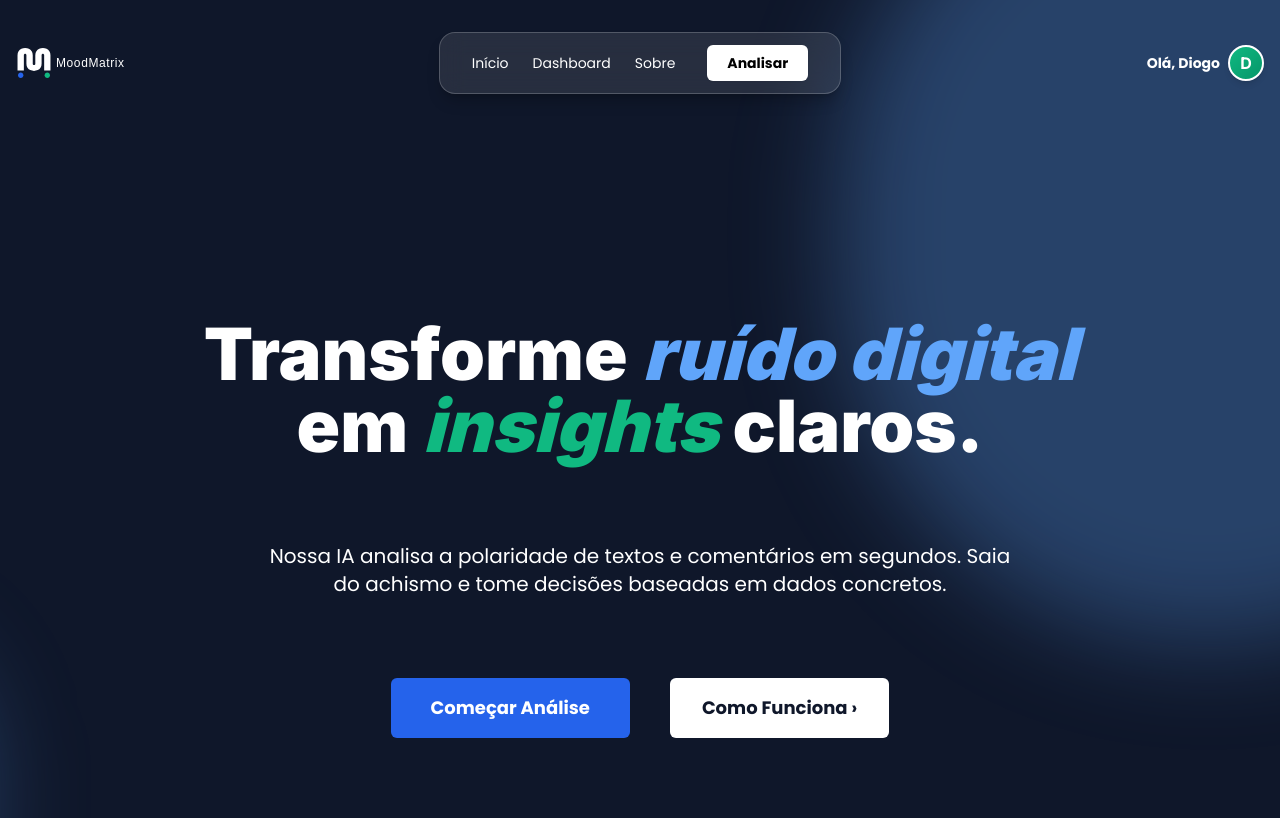
Repository: Hackaton-ONE/hackathon-Frontend
Page: /
The author's editor kept a copy of each file at every save. The page is drawn from the files as they stood at one save, then again after the next save.
The browser window is 1280 px wide. The pictures show the whole page.
An inner scrolling area shows only its first screen. Some web fonts or font styles are not loaded; a fallback is used. The project was rebuilt for these pictures with package versions that can differ from the ones it lists, and the page was loaded fresh each time. The framework's server and built-in components were replaced by stand-ins that run in the browser. Also part of the build but not shown: next.config.ts.

Above is the page before, as saved 2026-01-02 13:08:00.

### app/layout.tsx
import type { Metadata } from "next";
import { Inter, Poppins, MuseoModerno } from "next/font/google"; // 1. Importar Poppins
import "./globals.css";


// 2. Configurar Inter
const inter = Inter({
  subsets: ["latin"],
  variable: "--font-inter",
});

// 3. Configurar Poppins (Pesos comuns: 400, 600, 700)
const poppins = Poppins({
  weight: ['400', '600', '700'],
  subsets: ["latin"],
  variable: "--font-poppins",
});

const museo = MuseoModerno({
  subsets: ["latin"],
  variable: "--font-museo",
  display: "swap",
});

export const metadata: Metadata = {
  title: "MoodMatrix",
  description: "Análise de sentimentos com IA",
};

export default function RootLayout({
  children,
}: Readonly<{

  children: React.ReactNode;
}>) {
  return (
    <html lang="pt-br">
      {/* 4. Adicionar ambas as variáveis no body */}
      <body className={`${inter.variable} ${poppins.variable} ${museo.variable} bg-mood-dark text-white font-sans antialiased`}>

        {children}
      </body>
    </html>
  );
}

### app/page.tsx
import { Navbar } from "@/components/Navbar";
import { HeroSection } from "../components/HeroSection";

export default function Home() {
  return (
    <main className="min-h-screen bg-mood-dark text-white selection:bg-neon-green selection:text-mood-dark overflow-x-hidden">
      {/* A Navbar já está no layout.tsx, então não precisa repetir aqui se já colocou lá */}
      <Navbar />
      <HeroSection />

      {/* Aqui virão as próximas seções (Tech Stack, Benefícios, etc.) */}

    </main>
  );
}

### app/globals.css
@tailwind base;
@tailwind components;
@tailwind utilities;

/* Define o fundo padrão do site inteiro e a cor do texto */
body {
  background-color: #0F172A; /* mood.dark */
  color: #ffffff;
  min-height: 100vh;
}

/* Utilitário para o efeito de Vidro (Glassmorphism) */
.glass {
  background: rgba(30, 41, 59, 0.4); /* mood.gray com transparência */
  backdrop-filter: blur(12px);
  -webkit-backdrop-filter: blur(12px);
  border: 1px solid rgba(255, 255, 255, 0.1);
}

/* === PERSONALIZAÇÃO DA BARRA DE ROLAGEM === */

/* 1. Define a largura da barra */
::-webkit-scrollbar {
  width: 8px;
  height: 8px;
}

/* 2. Remove o fundo (Track) */
::-webkit-scrollbar-track {
  background: transparent;
}

/* 3. Cor da barra (Thumb)*/
::-webkit-scrollbar-thumb {
  background-color: #2563EB;
  border-radius: 9999px;
}

/* 4. Efeito ao passar o mouse */
::-webkit-scrollbar-thumb:hover {
  background-color: #60A5FA; /* blue-light */
}

/* 5. Remove as setas (Buttons) */
::-webkit-scrollbar-button {
  display: none;
}

### components/Navbar.tsx
"use client";

import Link from "next/link";
import { useState } from "react";
import { Menu, X } from "lucide-react";
import Image from "next/image";

// Componente NavLink (Link com sublinhado azul)
const NavLink = ({ href, children }: { href: string; children: React.ReactNode }) => (
  <Link
    href={href}
    className="relative group text-white transition-colors font-medium text-sm"
  >
    {children}
    <span className="absolute -bottom-1 left-0 w-0 h-[2px] bg-blue-default transition-all duration-300 ease-out group-hover:w-full" />
  </Link>
);

export function Navbar() {
  const [isOpen, setIsOpen] = useState(false);

  return (
    // Container Principal
    <div className="relative top-0 left-0 w-full z-10 px-4 py-8">

      <div className="max-w-[1600px] mx-auto flex justify-between items-center lg:grid lg:grid-cols-3">

        {/* =======================
            1. LOGO (Coluna 1 - Alinhado à Esquerda)
           ======================= */}
        <div className="flex justify-start">
          <Link href="/" className="flex items-center gap-1 z-50 group">
            <div className="relative w-8 h-8 lg:w-9 lg:h-9 flex items-center justify-center">
              <Image
                src="/logo.svg"
                alt="Logo MoodMatrix"
                fill
                className="object-contain"
              />
            </div>

            <span className="text-white font-medium text-xs font-museo tracking-wider">
              Mood<span>Matrix</span>
            </span>
          </Link>
        </div>

        {/* =======================
            2. PÍLULA CENTRAL (Coluna 2)
            MUDANÇA: 'hidden lg:flex'
            (Escondido em Tablet/Mobile, Flex em Notebook+)
           ======================= */}
        <div className="hidden lg:flex justify-center">
          <nav className="flex items-center gap-8 pl-8 pr-8 py-3 rounded-2xl bg-white/10 backdrop-blur-md border border-white/20 shadow-lg shadow-black/20">
            {/* Links */}
            <div className="flex items-center gap-6 font-poppins font-bold">
              <NavLink href="/">Início</NavLink>
              <NavLink href="/dashboard">Dashboard</NavLink>
              <NavLink href="#sobre">Sobre</NavLink>
            </div>

            {/* Botão Analisar */}
            <Link href="/analisar">
              <button className="bg-white hover:bg-neon-orange text-black font-poppins font-bold text-sm px-5 py-2 rounded-md transition-all duration-200 shadow-sm hover:shadow-md">
                Analisar
              </button>
            </Link>
          </nav>
        </div>

        {/* =======================
            3. AVATAR / MENU (Coluna 3 - Alinhado à Direita)
           ======================= */}
        <div className="flex justify-end items-center gap-4 z-50">

          {/* Avatar (Desktop) */}
          <div className="hidden lg:flex items-center gap-2 pl-4">
            <div className="text-right hidden lg:block">
              <p className="font-poppins text-sm font-bold text-white">Olá, Diogo</p>
            </div>
            <div className="w-9 h-9 rounded-full bg-gradient-to-br from-neon-green to-emerald-600 flex items-center justify-center text-white font-bold border-2 border-white shadow-md">
              D
            </div>
          </div>

          {/* Botão Hambúrguer (Mobile) */}
          <button
            onClick={() => setIsOpen(!isOpen)}
            className="lg:hidden text-white hover:text-neon-blue transition p-1"
          >
            {isOpen ? <X size={28} /> : <Menu size={28} />}
          </button>
        </div>

      </div>

      {/* =======================
          4. MENU MOBILE DROPDOWN
         ======================= */}
      {isOpen && (
        <div className="lg:hidden absolute top-24 left-4 right-4 z-10 bg-mood-dark/95 backdrop-blur-xl border border-white/10 rounded-2xl p-4 shadow-2xl animate-in fade-in slide-in-from-top-5">

          <div className="flex flex-col space-y-1">
            <Link href="/" onClick={() => setIsOpen(false)} className="block px-4 py-3 text-white/90 hover:text-white hover:bg-blue-default rounded-lg transition-colors text-sm font-medium">
              Início
            </Link>
            <Link href="/dashboard" onClick={() => setIsOpen(false)} className="block px-4 py-3 text-white/90 hover:text-white hover:bg-blue-default rounded-lg transition-colors text-sm font-medium">
              Dashboard
            </Link>
            <Link href="#sobre" onClick={() => setIsOpen(false)} className="block px-4 py-3 text-white/90 hover:text-white hover:bg-blue-default rounded-lg transition-colors text-sm font-medium">
              Sobre
            </Link>
          </div>

          <div className="my-3 border-t border-white/10" />

          <Link href="/analisar" onClick={() => setIsOpen(false)}>
            <button className="w-full bg-white hover:bg-neon-orange text-mood-dark border border-white/20 font-poppins font-bold text-sm py-3 rounded-lg transition-all duration-200">
              Analisar
            </button>
          </Link>

          <div className="mt-4 pt-4 border-t border-white/10 flex items-center gap-3">
            <div className="w-8 h-8 rounded-full bg-gradient-to-br from-neon-green to-emerald-600 flex items-center justify-center text-white font-bold text-xs">
              D
            </div>
            <div>
              <p className="text-sm font-bold text-white">Diogo</p>
              <p className="text-xs text-gray-400">diogo@exemplo.com</p>
            </div>
          </div>

        </div>
      )}
    </div>
  );
}

### components/HeroSection.tsx
import Link from "next/link";
import { Button } from "./Button"; // Importando seu botão personalizado

export function HeroSection() {
  return (
    <section className="relative pt-32 lg:pt-48 pb-20 px-4">

      {/* =========================================
          ELEMENTOS DECORATIVOS DE FUNDO (GLOWS)
          ========================================= */}

{/* 1. ELIPSE MAIOR (Direita/Topo)
          x: 946.5, y: -78.06 -> right-0 top-[-78px] (Ajustado para responsivo)
          w: 743.5, h: 817.56 -> w-[743px] h-[817px]
          fill: 60A5FA 30% -> bg-blue-light/30
          blur: 160 -> blur-[160px]
      */}
      <div
        className="
          absolute
          top-[-500px] xl:top-[-300px] lg:top-[-250px]
          right-[-600px] lg:right-[-100px] xl:right-[-300px] /* Ajuste fino para telas diferentes */
          w-[743px]
          h-[817px]
          bg-blue-light/30
          blur-[50px]
          rounded-full
          z-100
          pointer-events-none
        "
      />

      {/* 2. ELIPSE MENOR (Esquerda/Baixo)
          x: -90, y: 546 -> left-[-90px] top-[546px]
          w: 282, h: 343 -> w-[282px] h-[343px]
          fill: 60A5FA 30% -> bg-blue-light/30
          blur: 160 -> blur-[160px]
      */}
      <div
        className="
          absolute
          top-[300px] lg:top-[500px] 2xl:top-[400px]
          left-[-200px] lg:left-[-300px] 2xl:left-[-100px]
          w-[282px]
          h-[343px]
          bg-blue-light/30
          blur-[50px]
          rounded-full
          z-100
          pointer-events-none
        "
      />


      {/* =========================================
          CONTEÚDO PRINCIPAL
          ========================================= */}
      <div className="relative z-100 max-w-7xl mx-auto text-center flex flex-col items-center">

        {/* TÍTULO */}
        <h1 className="font-inter font-black text-4xl md:text-6xl lg:text-7xl 2xl:text-8xl leading-tight text-white mb-8 md:mb-14 lg:mb-20 max-w-7xl">
          Transforme <span className="italic text-blue-light">ruído digital</span> <br className="hidden md:block" />
          em <span className="italic text-neon-green">insights</span> claros.
        </h1>

        {/* SUBTÍTULO */}
        <p className="font-poppins font-light text-white text-base md:text-xl mb-8 md:mb-14 lg:mb-20 max-w-3xl">
          Nossa IA analisa a polaridade de textos e comentários em segundos. Saia do achismo e tome decisões baseadas em dados concretos.
        </p>

        {/* BOTÕES DE AÇÃO (CTA) */}
        <div className="flex flex-col sm:flex-row gap-10 w-full sm:w-auto">
          <Link href="/analisar">
            <Button variant="primary" className="w-full sm:w-auto text-lg px-8 lg:px-10 py-4 bg-blue-default hover:bg-neon-green font-poppins">
              Começar Análise
            </Button>
          </Link>

          <Link href="#como-funciona">
            <Button variant="outline" className="w-full sm:w-auto text-lg px-8 py-4 bg-white  font-poppins">
              Como Funciona ›
            </Button>
          </Link>
        </div>

      </div>
    </section>
  );
}

### components/Button.tsx
import React from "react";

interface ButtonProps extends React.ButtonHTMLAttributes<HTMLButtonElement> {
  variant?: "primary" | "outline" | "ghost";
  children: React.ReactNode;
}

export function Button({ variant = "primary", className = "", children, ...props }: ButtonProps) {

  const baseStyles = "px-6 py-3 rounded-md font-bold transition-all duration-200 flex items-center justify-center gap-2 active:scale-[0.98]";

  const variants = {
    primary: "text-white active:translate-y-1",

    // Outline (Borda simples)
    outline: "text-mood-dark",

    // Ghost (Transparente)
    ghost:   "bg-transparent text-gray-400 hover:text-white hover:bg-white/5",
  };

  return (
    <button
      className={`${baseStyles} ${variants[variant]} ${className}`}
      {...props}
    >
      {children}
    </button>
  );
}

### tailwind.config.ts
/** @type {import('tailwindcss').Config} */
const config = {
  // Configuração de onde o Tailwind procura as classes
  content: [
    "./app/**/*.{js,ts,jsx,tsx,mdx}",
    "./pages/**/*.{js,ts,jsx,tsx,mdx}",
    "./components/**/*.{js,ts,jsx,tsx,mdx}",
    "./src/app/**/*.{js,ts,jsx,tsx,mdx}",
    "./src/pages/**/*.{js,ts,jsx,tsx,mdx}",
    "./src/components/**/*.{js,ts,jsx,tsx,mdx}",
  ],
  theme: {
    extend: {
      colors: {
        white: "#FFFFFF",
        mood: {
          dark: "#0F172A", // Fundo Azul Escuro
          nav: "#FFFFFF",  // Base para Navbar
        },
        blue: {
          light: "#60A5FA",   // Azul Claro
          default: "#2563EB", // Azul Padrão
          dark: "#1E3A8A",    // Azul Escuro
        },
        neon: {
          green: "#10B981",
          red: "#B91C1C",
          orange: "#F59E0B",
        },
      },
      fontFamily: {
        sans: ['var(--font-inter)', 'sans-serif'],
        poppins: ['var(--font-poppins)', 'sans-serif'],
        museo: ['var(--font-museo)', 'sans-serif'],
      },
      backgroundImage: {
        // Gradientes de Seta e Barra de Progresso
        'gradient-pos': 'linear-gradient(to right, #2563EB, #10B981)',
        'gradient-neg': 'linear-gradient(to right, #B91C1C, #F59E0B)',

        // Gradientes Sutis para os Cards (Glassmorphism)
        'card-blue': 'linear-gradient(180deg, rgba(255, 255, 255, 0) 0%, rgba(96, 165, 250, 0.05) 100%)',
        'card-green': 'linear-gradient(180deg, rgba(255, 255, 255, 0) 0%, rgba(16, 185, 129, 0.05) 100%)',
        'card-red': 'linear-gradient(180deg, rgba(255, 255, 255, 0) 0%, rgba(185, 28, 28, 0.05) 100%)',
        'card-orange': 'linear-gradient(180deg, rgba(255, 255, 255, 0) 0%, rgba(245, 158, 11, 0.05) 100%)', // NOVO
      }
    },
  },
  plugins: [],
};

export default config;

After the next save:
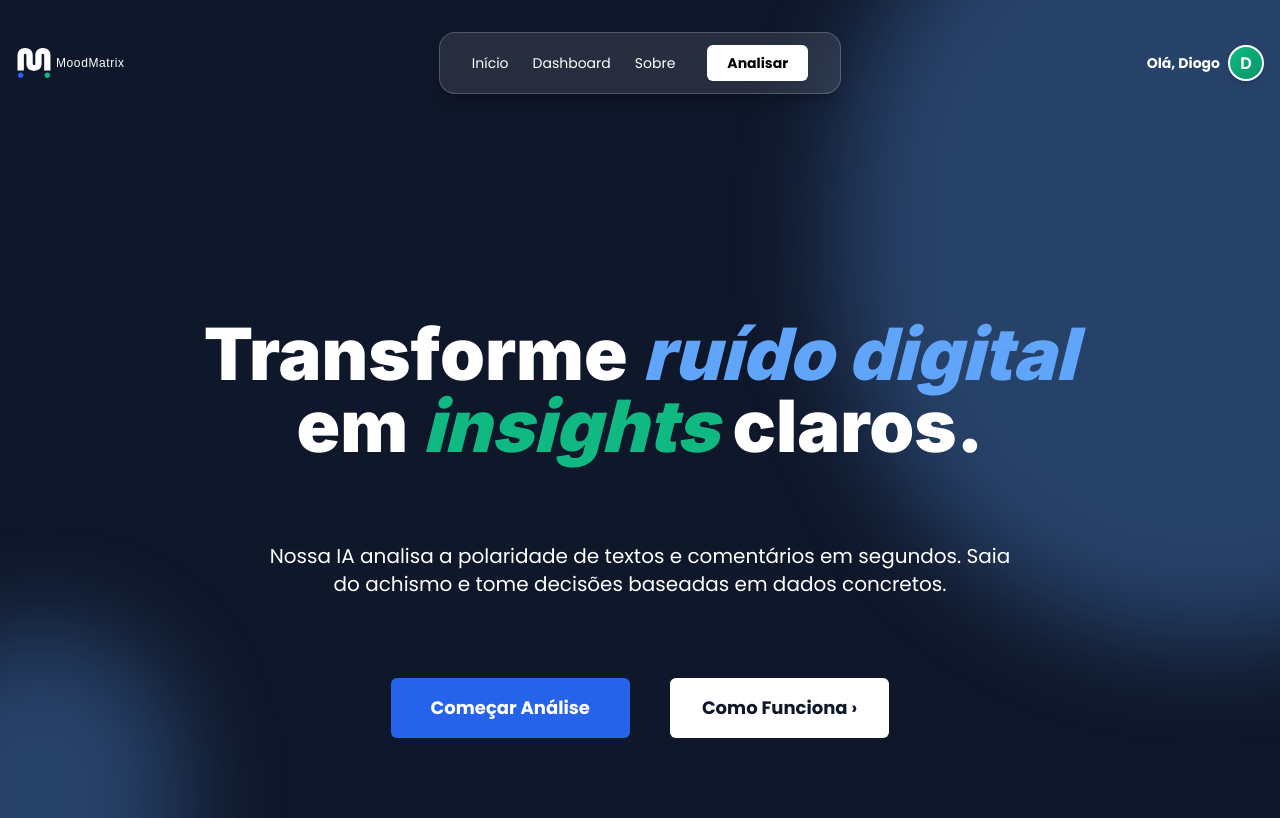
Saved 4 s later.
--- a/components/HeroSection.tsx
+++ b/components/HeroSection.tsx
@@ -40,7 +40,7 @@ export function HeroSection() {
         className="
           absolute
           top-[300px] lg:top-[500px] 2xl:top-[400px]
-          left-[-200px] lg:left-[-300px] 2xl:left-[-100px]
+          left-[-200px] lg:left-[-100px] 2xl:left-[-100px]
           w-[282px]
           h-[343px]
           bg-blue-light/30
